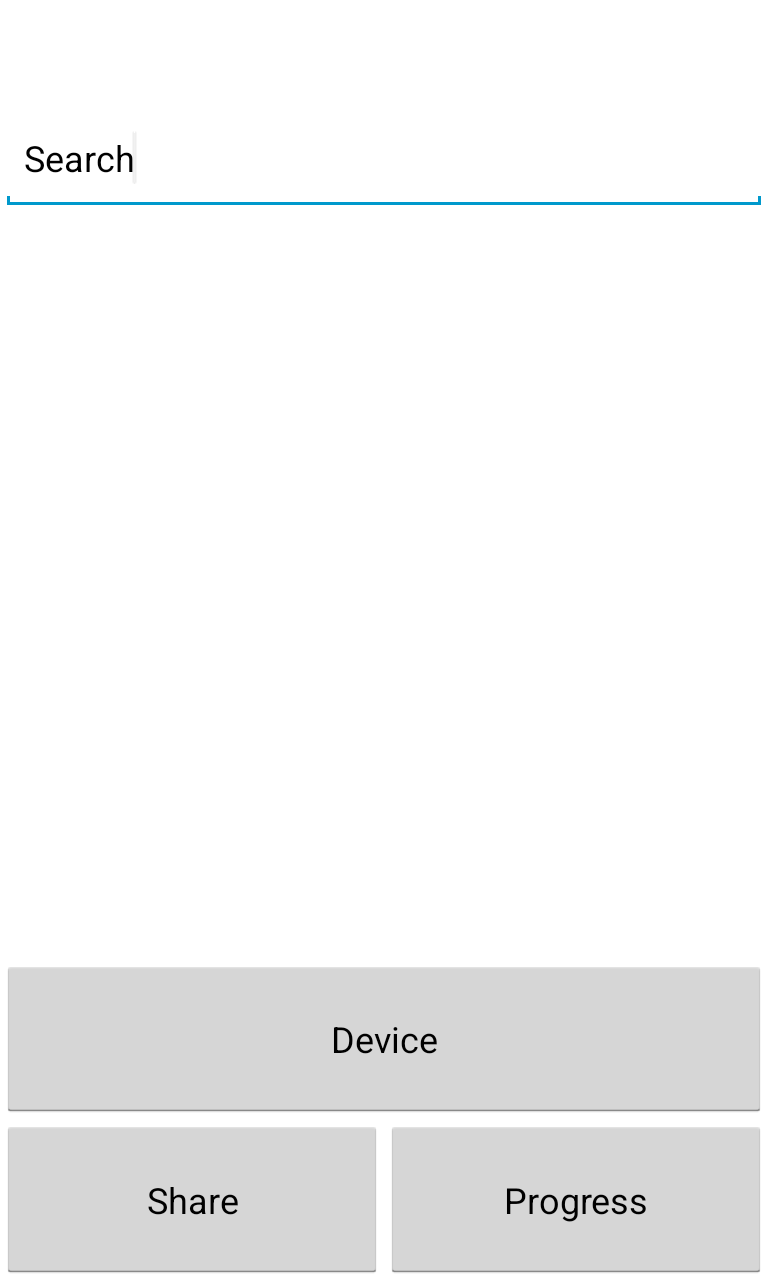
Repository: thinhnk55/android-appshare
Layout: ShareApp/res/layout/activity_main.xml
The author's editor kept a copy of each file at every save. The layout is drawn from the files as they stood at one save, then again after the next save.
It is drawn on a 768 x 1280 px phone screen (xhdpi) without system bars, with theme AppTheme; the app's code is not run.

Above is the layout before, as saved 2014-07-02 16:42:47.

### ShareApp/res/layout/activity_main.xml
<RelativeLayout xmlns:android="http://schemas.android.com/apk/res/android"
    xmlns:tools="http://schemas.android.com/tools"
    android:layout_width="match_parent"
    android:layout_height="match_parent"
    tools:context=".MainActivity">

    <TabHost
        android:id="@android:id/tabhost"
        android:layout_width="match_parent"
        android:layout_height="match_parent"
        android:layout_alignParentLeft="true"
        android:layout_alignParentTop="true">

        <LinearLayout
            android:layout_width="match_parent"
            android:layout_height="match_parent"
            android:orientation="vertical"
            android:weightSum="120" >

            <TabWidget
                android:id="@android:id/tabs"
                android:layout_width="match_parent"
                android:layout_weight="10">
            </TabWidget>

            <AutoCompleteTextView
                android:id="@+id/autoCompleteTextView1"
                android:layout_width="match_parent"
                android:layout_weight="10"
                android:ems="10"
                android:text="Search" >

                <requestFocus />
            </AutoCompleteTextView>

            <FrameLayout
                android:id="@android:id/tabcontent"
                android:layout_width="match_parent"
                android:layout_weight="20">

                <LinearLayout
                    android:id="@+id/tab1"
                    android:layout_width="match_parent"
                    android:layout_height="match_parent" >
                </LinearLayout>

                <LinearLayout
                    android:id="@+id/tab2"
                    android:layout_width="match_parent"
                    android:layout_height="match_parent" >
                </LinearLayout>

                <LinearLayout
                    android:id="@+id/tab3"
                    android:layout_width="match_parent"
                    android:layout_height="match_parent" >
                </LinearLayout>
            </FrameLayout>

            <FrameLayout
                android:layout_width="match_parent"
                android:layout_weight="50" >
            </FrameLayout>

            <Button
                android:id="@+id/button1"
                android:layout_width="match_parent"
                android:layout_weight="15"
                android:text="Device" />

            <LinearLayout
                android:layout_width="match_parent"
                android:layout_weight="15"
                android:weightSum="20">

                <Button
                    android:id="@+id/button2"
                    android:layout_height="match_parent"
                    android:layout_weight="10"
                    android:text="Share" />

                <Button
                    android:id="@+id/button3"
                    android:layout_height="match_parent"
                    android:layout_weight="10"
                    android:text="Progress" />

            </LinearLayout>

        </LinearLayout>
    </TabHost>

</RelativeLayout>

Loaded but not shown: ShareApp/res/values/styles.xml (common file); ShareApp/res/values-v11/styles.xml (common file); ShareApp/res/values-v14/styles.xml (common file)

After the next save:
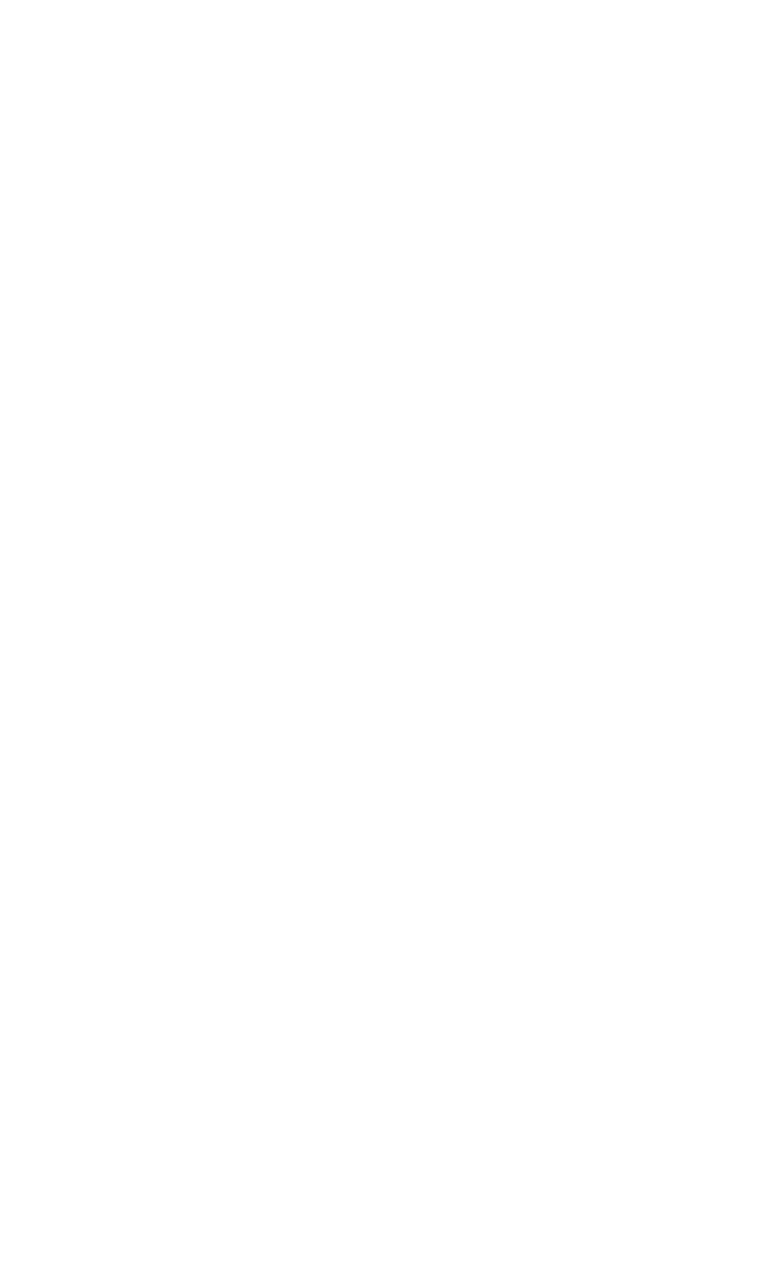
Saved 98 s later.
--- a/ShareApp/res/layout/activity_main.xml
+++ b/ShareApp/res/layout/activity_main.xml
@@ -20,6 +20,7 @@
             <TabWidget
                 android:id="@android:id/tabs"
                 android:layout_width="match_parent"
+                android:layout_height="match_parent"
                 android:layout_weight="10">
             </TabWidget>
 

After the save that followed:
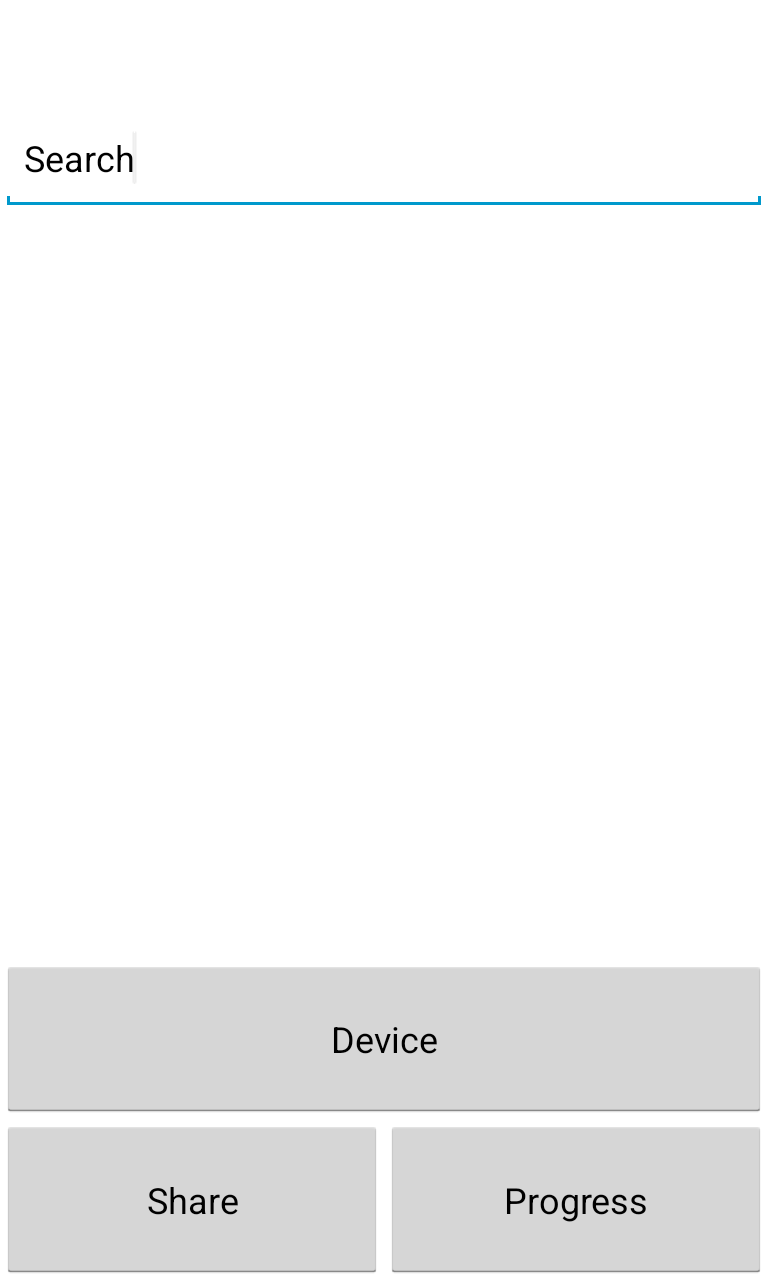
Saved 11 s later.
--- a/ShareApp/res/layout/activity_main.xml
+++ b/ShareApp/res/layout/activity_main.xml
@@ -20,7 +20,6 @@
             <TabWidget
                 android:id="@android:id/tabs"
                 android:layout_width="match_parent"
-                android:layout_height="match_parent"
                 android:layout_weight="10">
             </TabWidget>
 
